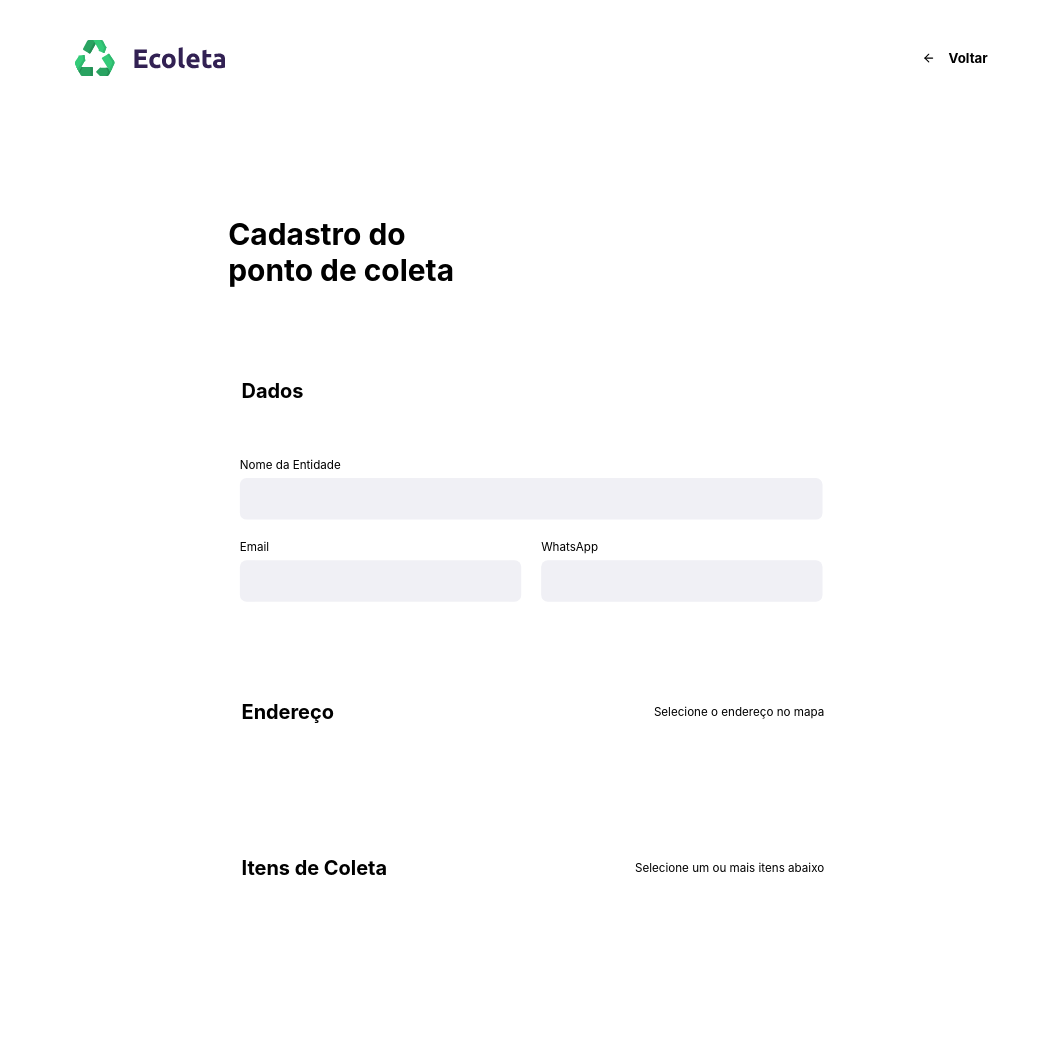
Repository: johnnedemoraesrocha/nlw-o1
Page: /create-point (app in web/)
These files come from the project's save history. The page is drawn as it stood at one moment and after the next save; the edit follows.
The browser window is 1280 px wide. The pictures show the whole page, at 83% of full size.
The project was rebuilt for these pictures with package versions that can differ from the ones it lists, and the page was loaded fresh each time. Also part of the build but not shown: web/src/App.css, web/src/pages/Home/Home.css, web/src/pages/Home/index.tsx.

Above is the page before, as saved 2020-06-03 22:46:48.

### web/public/index.html
<!DOCTYPE html>
<html lang="en">
  <head>
    <meta charset="utf-8" />
    <link rel="icon" href="%PUBLIC_URL%/favicon.ico" />
    <meta name="viewport" content="width=device-width, initial-scale=1" />
    <meta name="theme-color" content="#34CB79" />
    <meta
      name="description"
      content="Web site created using create-react-app"
    />
    <link rel="apple-touch-icon" href="%PUBLIC_URL%/logo192.png" />
    <!--
      manifest.json provides metadata used when your web app is installed on a
      user's mobile device or desktop. See https://developers.google.com/web/fundamentals/web-app-manifest/
    -->
    <!--<link rel="manifest" href="%PUBLIC_URL%/manifest.json" />-->
    <!--
      Notice the use of %PUBLIC_URL% in the tags above.
      It will be replaced with the URL of the `public` folder during the build.
      Only files inside the `public` folder can be referenced from the HTML.

      Unlike "/favicon.ico" or "favicon.ico", "%PUBLIC_URL%/favicon.ico" will
      work correctly both with client-side routing and a non-root public URL.
      Learn how to configure a non-root public URL by running `npm run build`.
    -->
    <title>Ecoleta</title>
  </head>
  <body>
    <noscript>You need to enable JavaScript to run this app.</noscript>
    <div id="root"></div>

  </body>
</html>

### web/src/App.tsx
import React, { useState } from 'react';
//import ReactDOM from 'react-dom';
import logo from './logo.svg';
import './App.css';

//import Header from './Header';
import Routes from './routes';

function App() {

  return (
    <div>
      <Routes  />
    </div>
  );
}

export default App;

### web/src/routes.tsx
import React from 'react';
import { Route, BrowserRouter } from 'react-router-dom';

import Home from './pages/Home';
import CreatePoint from './pages/CreatePoint';

const Routes = () => {
    return (
        <BrowserRouter>
            <Route component={Home} path="/" exact/>
            <Route component={CreatePoint} path="/create-point"/>
        </BrowserRouter>
    )
}
export default Routes;

### web/src/pages/CreatePoint/index.tsx
import React from 'react';
import { Link } from 'react-router-dom';
import { FiArrowLeft } from 'react-icons/fi';

import './CreatePoint.css';

import logo from '../../assets/logo.svg';

const CreatePoint = () => {
    return (
        <div id="page-create-point">
            <header>
                <img src={logo} alt="Ecoleta"></img>
                <Link to="/">
                    <FiArrowLeft />
                    Voltar
                </Link>
            </header>

            <form>
                <h1>Cadastro do <br/> ponto de coleta</h1>

                <fieldset>
                    <legend>
                        <h2>Dados</h2>
                    </legend>

                    <div className="field">
                        <label htmlFor="name">Nome da Entidade</label>
                        <input type="text" name="name" id="name" />
                    </div>

                    <div className="field-group">

                        <div className="field">
                            <label htmlFor="email">Email</label>
                            <input type="email" name="email" id="email" />
                        </div>

                        <div className="field">
                            <label htmlFor="whatsapp">WhatsApp</label>
                            <input type="text" name="whatsapp" id="whatsapp" />
                        </div>

                    </div>
                </fieldset>

                <fieldset>
                    <legend>
                        <h2>Endereço</h2>
                        <span>Selecione o endereço  no mapa</span>
                    </legend>
                </fieldset>

                <fieldset>
                    <legend>
                        <h2>Itens de Coleta</h2>
                        <span>Selecione um ou mais itens abaixo</span>
                    </legend>
                </fieldset>
            </form>

        </div>
    )
}

export default CreatePoint;

### web/src/pages/CreatePoint/CreatePoint.css
#page-create-point {
  width: 100%;
  max-width: 1100px;

  margin: 0 auto;
}

#page-create-point header {
  margin-top: 48px;

  display: flex;
  justify-content: space-between;
  align-items: center;
}

#page-create-point header a {
  color: var(--title-color);
  font-weight: bold;
  text-decoration: none;

  display: flex;
  align-items: center;
}

#page-create-point header a svg {
  margin-right: 16px;
  color: var(--primary-color);
}

#page-create-point form {
  margin: 80px auto;
  padding: 64px;
  max-width: 730px;
  background: #FFF;
  border-radius: 8px;

  display: flex;
  flex-direction: column;
}

#page-create-point form h1 {
  font-size: 36px;
}

#page-create-point form fieldset {
  margin-top: 64px;
  min-inline-size: auto;
  border: 0;
}

#page-create-point form legend {
  width: 100%;
  display: flex;
  justify-content: space-between;
  align-items: center;
  margin-bottom: 40px;
}

#page-create-point form legend h2 {
  font-size: 24px;
}

#page-create-point form legend span {
  font-size: 14px;
  font-weight: normal;
  color: var(--text-color);
}

#page-create-point form .field-group {
  flex: 1;
  display: flex;
}

#page-create-point form .field {
  flex: 1;

  display: flex;
  flex-direction: column;
  margin-bottom: 24px;
}

#page-create-point form .field input[type=text],
#page-create-point form .field input[type=email],
#page-create-point form .field input[type=number] {
  flex: 1;
  background: #F0F0F5;
  border-radius: 8px;
  border: 0;
  padding: 16px 24px;
  font-size: 16px;
  color: #6C6C80;
}

#page-create-point form .field select {
  -webkit-appearance: none;
  -moz-appearance: none;
  appearance: none;
  flex: 1;
  background: #F0F0F5;
  border-radius: 8px;
  border: 0;
  padding: 16px 24px;
  font-size: 16px;
  color: #6C6C80;
}

#page-create-point form .field input::placeholder {
  color: #A0A0B2;
}

#page-create-point form .field label {
  font-size: 14px;
  margin-bottom: 8px;
}

#page-create-point form .field :disabled {
  cursor: not-allowed;
}

#page-create-point form .field-group .field + .field {
  margin-left: 24px;
}

#page-create-point form .field-group input + input {
  margin-left: 24px;
}

#page-create-point form .field-check {
  flex-direction: row;
  align-items: center;
}

#page-create-point form .field-check input[type=checkbox] {
  background: #F0F0F5;
}

#page-create-point form .field-check label {
  margin: 0 0 0 8px;
}

#page-create-point form .leaflet-container {
  width: 100%;
  height: 350px;
  border-radius: 8px;
  margin-bottom: 24px;
}

#page-create-point form button {
  width: 260px;
  height: 56px;
  background: var(--primary-color);
  border-radius: 8px;
  color: #FFF;
  font-weight: bold;
  font-size: 16px;
  border: 0;
  align-self: flex-end;
  margin-top: 40px;
  transition: background-color 0.2s;
  cursor: pointer;
}

#page-create-point form button:hover {
  background: #2FB86E;
}

.items-grid {
  display: grid;
  grid-template-columns: repeat(3, 1fr);
  gap: 16px;
  list-style: none;
}

.items-grid li {
  background: #f5f5f5;
  border: 2px solid #f5f5f5;
  height: 180px;
  border-radius: 8px;
  padding: 32px 24px 16px;

  display: flex;
  flex-direction: column;
  justify-content: space-between;
  align-items: center;

  text-align: center;

  cursor: pointer;
}

.items-grid li span {
  flex: 1;
  margin-top: 12px;

  display: flex;
  align-items: center;
  color: var(--title-color)
}

.items-grid li.selected {
  background: #E1FAEC;
  border: 2px solid #34CB79;
}

Loaded but not shown: web/src/index.tsx (common file); web/src/index.css (common file)

After the next save:
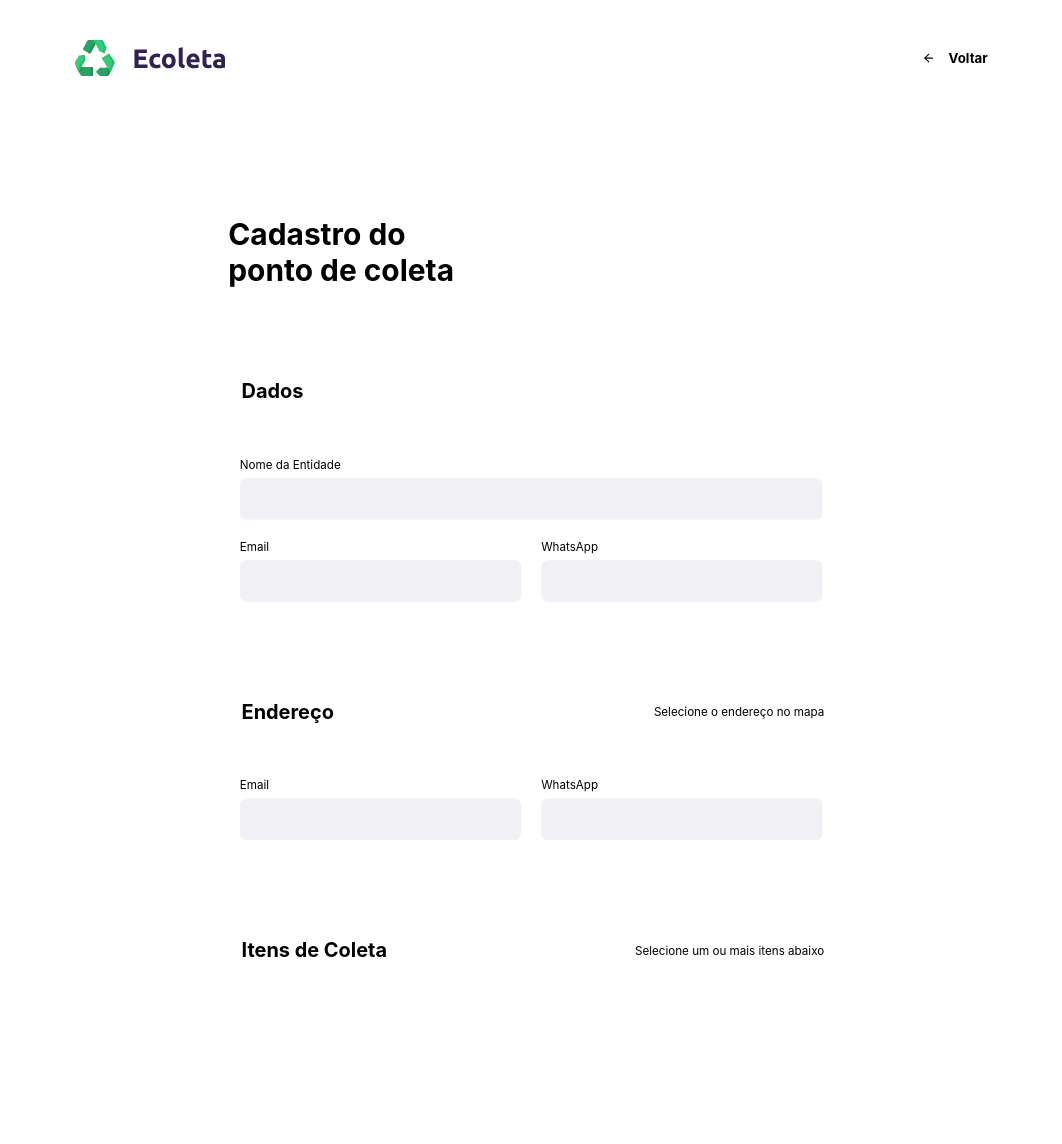
Saved 48 s later.
--- a/web/src/pages/CreatePoint/index.tsx
+++ b/web/src/pages/CreatePoint/index.tsx
@@ -50,6 +50,22 @@ const CreatePoint = () => {
                         <h2>Endereço</h2>
                         <span>Selecione o endereço  no mapa</span>
                     </legend>
+
+
+                    <div className="field-group">
+
+<div className="field">
+    <label htmlFor="email">Email</label>
+    <input type="email" name="email" id="email" />
+</div>
+
+<div className="field">
+    <label htmlFor="whatsapp">WhatsApp</label>
+    <input type="text" name="whatsapp" id="whatsapp" />
+</div>
+
+</div>
+
                 </fieldset>
 
                 <fieldset>
